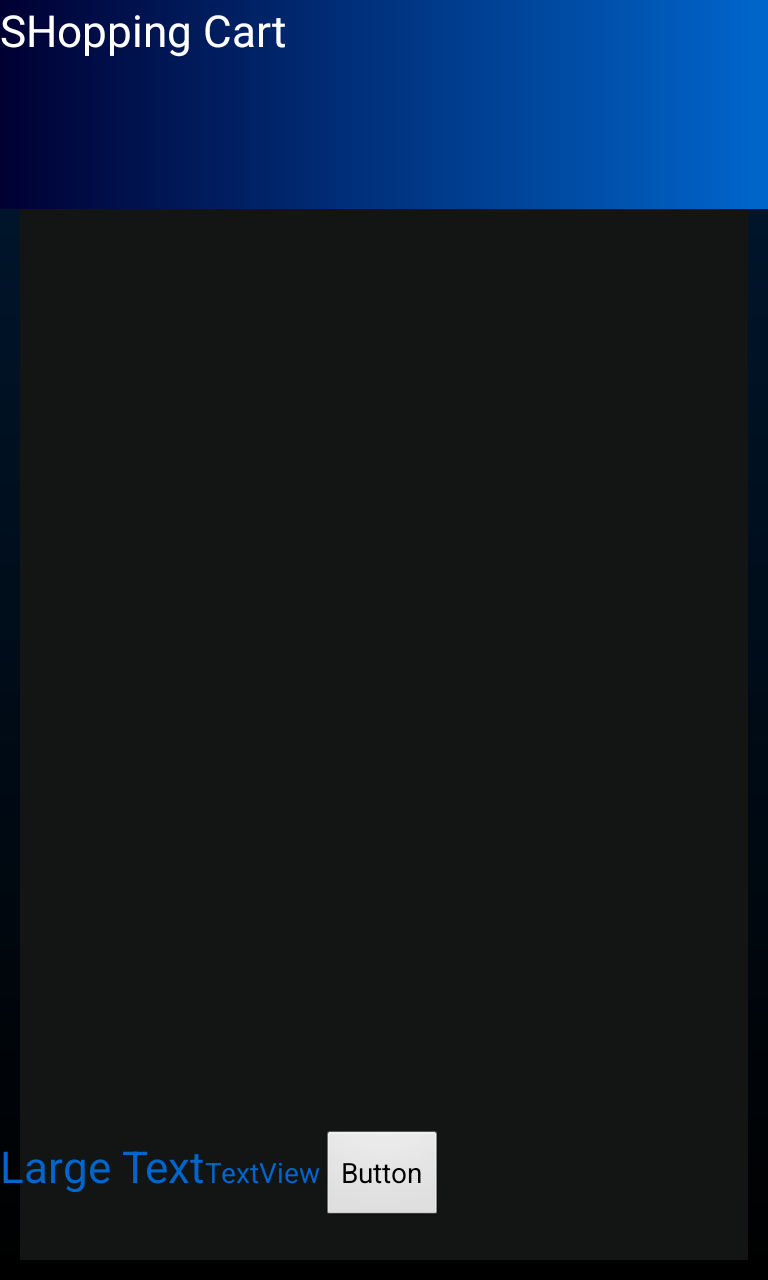
Repository: jasleen1291/B2BMobileApplication
Layout: Mobile E Commerce/B2B/res/layout/fragment_my_shopping_cart.xml
An editor plug-in stored every save of this project. The layout is shown before and after the next save, followed by the edit.
It is drawn on a 768 x 1280 px phone screen (xhdpi) without system bars, with theme mycustomtheme; the app's code is not run. Lists and similar views that code fills are empty.

Above is the layout before, as saved 2013-05-28 21:37:25.

### Mobile E Commerce/B2B/res/layout/fragment_my_shopping_cart.xml
<LinearLayout xmlns:android="http://schemas.android.com/apk/res/android"
    xmlns:tools="http://schemas.android.com/tools"
    android:layout_width="match_parent"
    android:layout_height="match_parent"
    android:orientation="vertical"
    tools:context=".MyShoppingCart" >

    <!-- TODO: Update blank fragment layout -->

    <TextView
        style="@style/titlebarstyle"
        android:layout_weight="1"
        android:text="@string/shoppingcart" />

    <ListView
        android:id="@+id/listView1"
        android:layout_width="match_parent"
        android:layout_height="0dp"
        android:layout_weight="6" >
    </ListView>

    <LinearLayout
        android:layout_width="match_parent"
        android:layout_height="0dp"
        android:layout_weight="1" >

        <TextView
            android:id="@+id/textView1"
            android:layout_width="wrap_content"
            android:layout_height="wrap_content"
            android:text="Large Text"
            android:textAppearance="?android:attr/textAppearanceLarge" />

        <TextView
            android:id="@+id/textView2"
            android:layout_width="wrap_content"
            android:layout_height="wrap_content"
            android:text="TextView" />

        <Button
            android:id="@+id/button1"
            android:layout_width="wrap_content"
            android:layout_height="wrap_content"

            android:text="Button" />

    </LinearLayout>

</LinearLayout>

### Mobile E Commerce/B2B/res/values/mycustomtheme.xml
<?xml version="1.0" encoding="utf-8"?>
<resources xmlns:android="http://schemas.android.com/apk/res/android">
    <style name="mycustomtheme" parent="@android:style/Theme.NoTitleBar.Fullscreen">
        <item name="android:windowBackground">@drawable/mybg</item>
       	<item name="android:textColor">#0066cc</item>
       	<item name="android:textColorHint">#51BFE2</item>
    </style>

</resources>

### Mobile E Commerce/B2B/res/drawable/mybg.xml
<?xml version="1.0" encoding="utf-8"?>
<layer-list  xmlns:android="http://schemas.android.com/apk/res/android">
    <item>
<shape android:shape="rectangle">



        <gradient android:startColor="#001933"  android:endColor="#000" android:angle="270"/>


</shape>
</item>
<item android:left="10dp" android:top="10dp" android:right="10dp" android:bottom="10dp">

<shape android:shape="rectangle">



        <solid android:color="#131414"></solid>


</shape>
</item>
</layer-list>

### Mobile E Commerce/B2B/res/values/styles.xml
<?xml version="1.0" encoding="utf-8"?>
<resources xmlns:android="http://schemas.android.com/apk/res/android">

    <!--
        Base application theme, dependent on API level. This theme is replaced
        by AppBaseTheme from res/values-vXX/styles.xml on newer devices.

    -->
    <style name="AppBaseTheme" parent="android:Theme.Light">
        <!--
            Theme customizations available in newer API levels can go in
            res/values-vXX/styles.xml, while customizations related to
            backward-compatibility can go here.

        -->
    </style>

    <!-- Application theme. -->
    <style name="AppTheme" parent="AppBaseTheme">
        <!-- All customizations that are NOT specific to a particular API-level can go here. -->
    </style>

    <style name="LoginFormContainer">
        <item name="android:layout_width">match_parent</item>
        <item name="android:layout_height">wrap_content</item>
        <item name="android:padding">16dp</item>
    </style>
    <style name="TextViewStyle">
        <item name="android:layout_width">wrap_content</item>
        <item name="android:layout_height">wrap_content</item>
        <item name="android:gravity">right</item>
        <item name="android:textSize">14sp</item>
        <item name="android:textColor">#0066cc</item>
        <item name="android:layout_margin">5dp</item>
    </style>
	<style name="EditTextStyle">
        <item name="android:layout_width">match_parent</item>
        <item name="android:layout_height">wrap_content</item>
        <item name="android:textSize">16sp</item>
        <item name="android:textColor">#0066cc</item>

        <item name="android:layout_marginLeft">16dp</item>
        <item name="android:layout_marginRight">16dp</item>
        <item name="android:layout_marginTop">5dp</item>
        <item name="android:background">@drawable/textview_border</item>
    </style>
	<style name="SpinnerStyle">
        <item name="android:layout_width">match_parent</item>
        <item name="android:layout_height">wrap_content</item>
        <item name="android:textSize">16sp</item>
        <item name="android:textColor">#0066cc</item>

        <item name="android:layout_marginLeft">16dp</item>
        <item name="android:layout_marginRight">16dp</item>
        <item name="android:layout_marginTop">5dp</item>

    </style>
	<style name="titlebarstyle">
	    <item name="android:layout_marginBottom">10dp</item>
        <item name="android:layout_width">match_parent</item>
        <item name="android:layout_height">wrap_content</item>
        <item name="android:background">@drawable/titlebar</item>
        <item name="android:textColor">@android:color/white</item>
        <item name="android:textAppearance">?android:attr/textAppearanceLarge</item>
	</style>
	<style name="titlebarstylesmall">


        <item name="android:textColor">@android:color/white</item>

	</style>
</resources>

### Mobile E Commerce/B2B/res/values/strings.xml
<?xml version="1.0" encoding="utf-8"?>
<resources>

    <string name="app_name">B2B</string>
    <string name="action_settings">Settings</string>
    <string name="hello_world">Hello world!</string>
    <string name="Loading">Loading&#8230;&#8230;&#8230;</string>
    <string name="title_activity_sign_up">Sign Up</string>

    <string-array name="signUpAsArray">
        <item>Customer</item>
        <item>Retailer</item>
        <item>Supplier</item>
    </string-array>

    <string name="title_activity_registeration">RegisterationActivity</string>
    <string name="title_activity_customer_area">CustomerArea</string>
    <string name="welcome">Welcome</string>
    <string name="title_activity_admin_area">Admin_area</string>
    <string name="general_complaint_fragment">General Complaint</string>
    <string name="hello_blank_fragment">Hello blank fragment</string>
    <string name="general_complaint">General Complaint</string>
    <string name="respond">Respond</string>
    <string name="submit">Submit</string>
    <string name="addcategory">Parent Category</string>
    <string name="categoryhint">Category</string>
    <string name="AddParentCategory">Add super category</string>
    <string name="complaintAbout">Complaint About</string>
    <string name="complainFrom">Complaint From</string>
    <string name="itemComplaint">Complaints about Items</string>
    <string name="shopComplaint">Complaint about shop</string>
    <string name="generalNotification">General Notification</string>
    <string name="urgentNotification">Urgent Notification</string>
    <string name="title">Title</string>
    <string name="message">Message</string>
    <string name="markAll">Mark all</string>
    <string name="advertisementPricing">Advertisement Pricing</string>
    <string name="desc">Description</string>
    <string name="days">No of days</string>
    <string name="cost">Cost</string>
    <string name="size">Size of advertisement</string>
    <string name="type">Type</string>
    <string name="fine">Fine</string>
    <string name="pickCategory">Pick a Category</string>

    <string-array name="typeArray">
        <item>Retailer</item>
        <item>Supplier</item>
    </string-array>

    <string name="update">Update</string>
    <string name="delete">Delete</string>
    <string name="view_advertisement">View Advertisements</string>
    <string name="noofcategories">No of Categories</string>
    <string name="shoppricing">Shop Pricing</string>
    <string name="view_fine_pricing">View Fine Pricing</string>
    <string name="shop_pricing">Shop Pricing</string>
    <string name="subCategory">Add Sub Category</string>
    <string name="addshop">Add Shop</string>
    <string name="title_activity_pay_fine">Pay Fine</string>
    <string name="finetitle">Your account has been suspended by the admin. Pay fine to continue using this applciation.</string>
    <string name="fineabc">Your payment has been received. Your account will now be restored. Please wait few minutes</string>
    <string name="title_activity_retailer_area">Retailer_area</string>
    <string name="title_activity_first_time_login">FirstTimeLogin</string>
    <string name="EditMyCategories">Edit My Categories</string>
    <string name="addnewitem">Add New Item</string>
    <string name="itemname">Item Name</string>
    <string name="longdescription">Long Description</string>
    <string name="qtyperunit">Qty Per unit</string>
    <string name="unit_of_measurement">Unit of Measurement</string>
    <string name="shopName">Shop Name</string>
    <string name="description">Description</string>
    <string name="categoriesAllowed">No of categories allowed</string>
    <string name="itemsSelling">No of Items Selling</string>
    <string name="itemsAvailable">No of Items not Selling</string>
    <string name="expirydate">Expiry Date</string>
    <string name="paymentEmail">Payment Email</string>
    <string name="selectcategory">Select a Category</string>
    <string name="clicktochange">Click On Image To Change It</string>
    <string name="cp">C.P.</string>
    <string name="sp">S.P.</string>
    <string name="minorder">Min order</string>
    <string name="discount">Discount</string>
    <string name="qtyonorder">Qty. On Order</string>
    <string name="qtyonhand">Qty. On Hand</string>
    <string name="qty">Qty.</string>
    <string name="viewdetails">View Details</string>
    <string name="note">Long Click on Image to view expanded image</string>
    <string name="chngImg">Change Image</string>
    <string name="addWarehouse">Add Warehouse</string>
    <string name="name">Name</string>
    <string name="cancel">Cancel</string>
    <string name="itemavailabilty">Item Availabilty</string>
    <string name="batchDiscounts">Batch Discounts</string>
    <string name="clicktoupdate">Click to Update</string>
    <string name="add">Add</string>
    <string name="place_order">Place Order</string>
    <string name="Method">Method</string>
    <string name="warehouse">Warehouse</string>
    <string-array name="ordervia">
        <item >Email</item>
        <item >Phone</item>
    </string-array>
        <string name="total">Total</string>
        <string name="zero">0</string>
        <string name="totalitems">Total No of Items</string>
        <string name="date">Date</string>
        <string name="placed_by">Placed To</string>
        <string name="placed_to">Placed To</string>
        <string name="shipment_address">Shipment Address</string>
        <string name="vieworderlist">View Orders List</string>
        <string name="order_details">Order Details</string>
        <string name="update_status">Update Status</string>
        <string name="categories">Categories</string>
        <string name="plan_details">Plan Details</string>
        <string name="choose_background">Choose background</string>
        <string name="buy_advertisement">Buy Advertisement</string>
        <string name="choose_text_color">Choose text Color</string>
        <string name="view_warehouses">View Warehouse</string>
        <string name="shippingPrice">Shipping Price</string>
        <string name="subscribe_items">Subscribe items</string>
        <string name="file_complaint">File A Complaint</string>
        <string name="complain">Complain</string>
        <string name="visitshop">Visit Shop</string>
        <string name="subscribe">Subscribe</string>
        <string name="batch_discount">Batch discounts</string>
        <string name="click_to_check">Click To check</string>
        <string name="mysupplier">My Supplier</string>
        <string name="add_to_cart">Add To cart</string>
        <string name="add_to_wishlist">Add to Wishlist</string>
        <string name="mywishlist">My wishlist</string>
        <string name="shoppingcart">SHopping Cart</string>

</resources>

### Mobile E Commerce/B2B/res/drawable/titlebar.xml
<?xml version="1.0" encoding="utf-8"?>
<shape xmlns:android="http://schemas.android.com/apk/res/android" android:shape="rectangle">
    <gradient  android:endColor="#0066CC" android:startColor="#000033"/>

</shape>

After the next save:
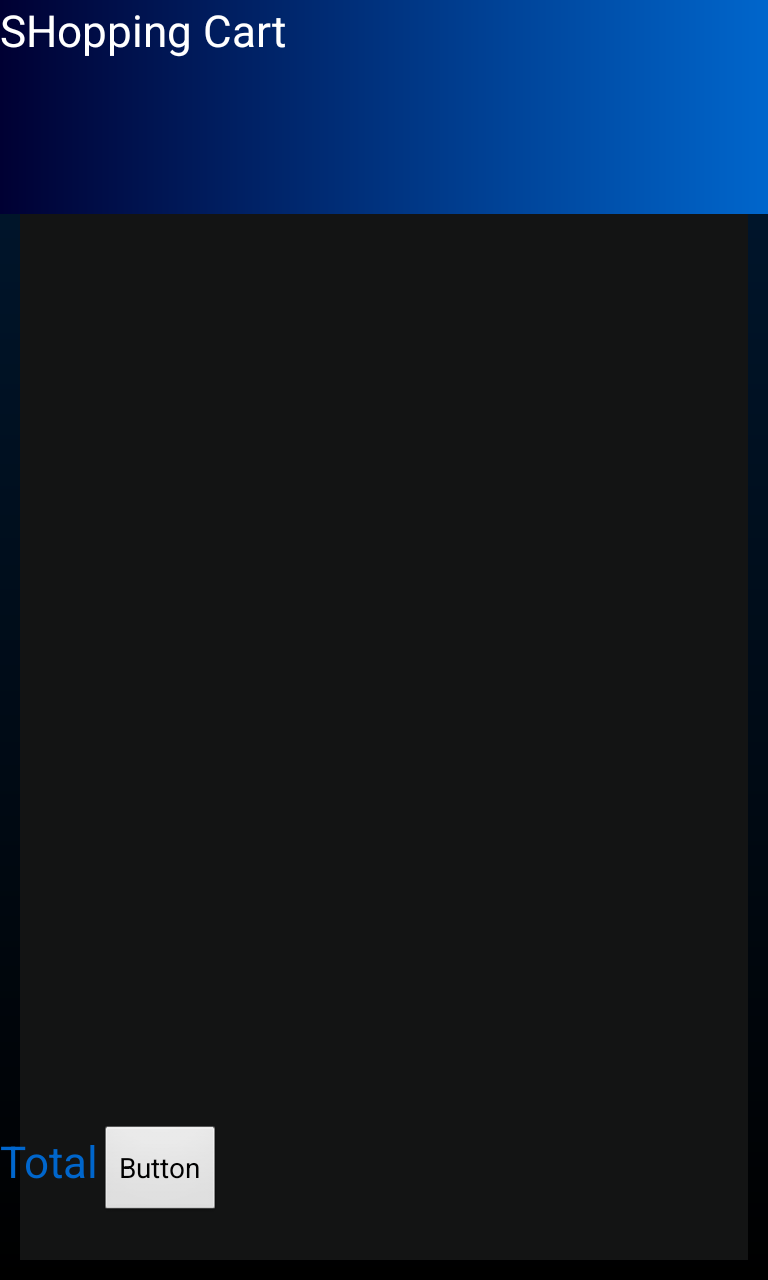
Saved 41 s later.
--- a/Mobile E Commerce/B2B/res/layout/fragment_my_shopping_cart.xml
+++ b/Mobile E Commerce/B2B/res/layout/fragment_my_shopping_cart.xml
@@ -16,7 +16,7 @@
         android:id="@+id/listView1"
         android:layout_width="match_parent"
         android:layout_height="0dp"
-        android:layout_weight="6" >
+        android:layout_weight="5.74" >
     </ListView>
 
     <LinearLayout
@@ -28,14 +28,14 @@
             android:id="@+id/textView1"
             android:layout_width="wrap_content"
             android:layout_height="wrap_content"
-            android:text="Large Text"
+            android:text="@string/total"
             android:textAppearance="?android:attr/textAppearanceLarge" />
 
         <TextView
-            android:id="@+id/textView2"
+            android:id="@+id/total"
             android:layout_width="wrap_content"
             android:layout_height="wrap_content"
-            android:text="TextView" />
+             />
 
         <Button
             android:id="@+id/button1"
